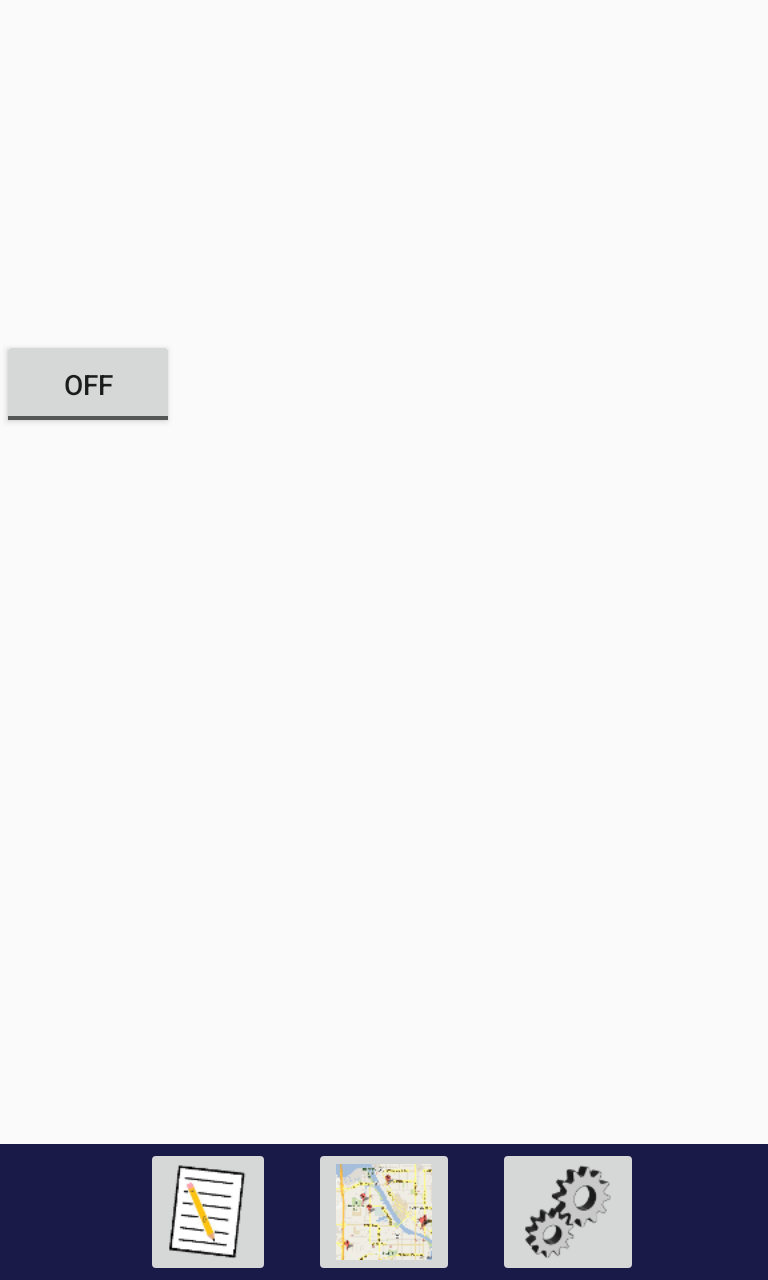
Repository: MobileApps-Cascadia/JenniferBronson_ExercisesChapter5
Layout: MyContactList/res/layout/activity_contact.xml
These files come from the project's save history. The layout is drawn as it stood at one moment and after the next save; the edit follows.
It is drawn on a 768 x 1280 px phone screen (xhdpi) without system bars, with theme AppTheme; the app's code is not run.

Above is the layout before, as saved 2014-04-26 20:11:43.

After the next save:
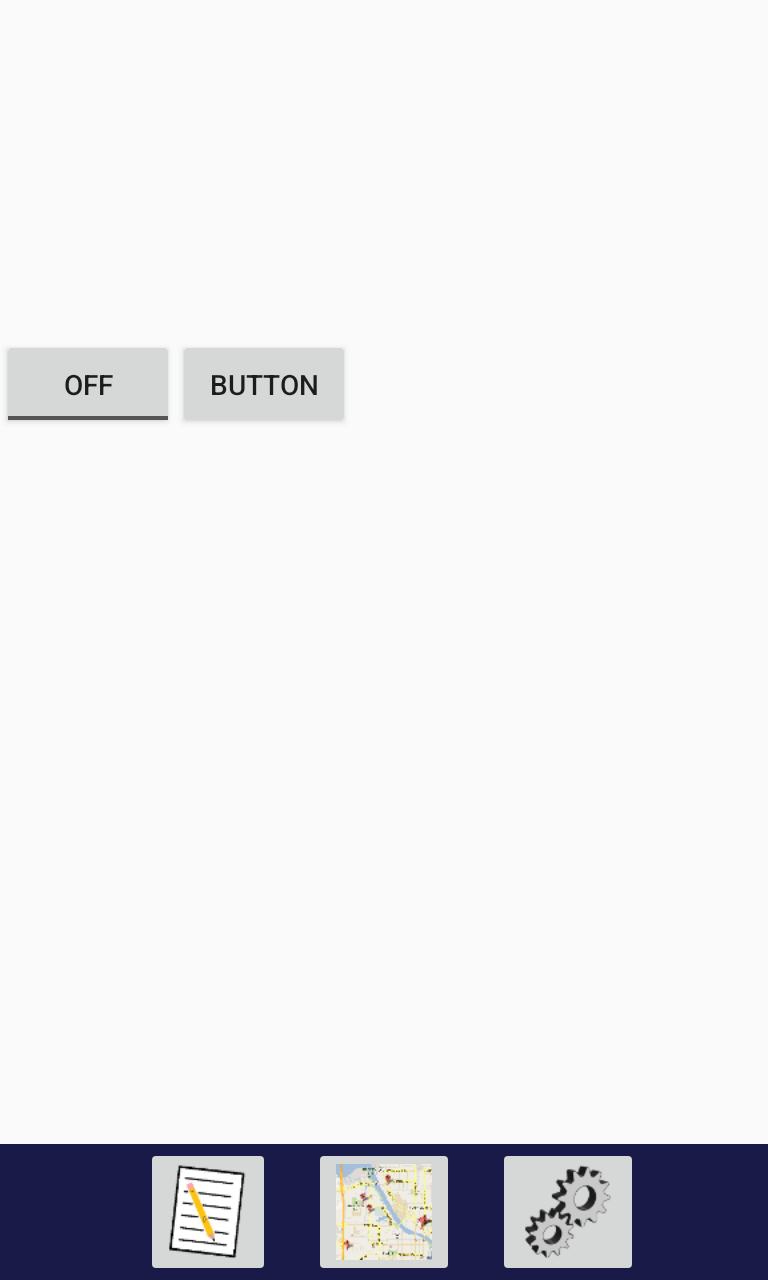
Saved 2 min 47 s later.
--- a/MyContactList/res/layout/activity_contact.xml
+++ b/MyContactList/res/layout/activity_contact.xml
@@ -54,6 +54,14 @@
             android:layout_height="wrap_content"
             android:text="ToggleButton" />
 
+        <Button
+            android:id="@+id/button1"
+            android:layout_width="wrap_content"
+            android:layout_height="wrap_content"
+            android:layout_alignParentTop="true"
+            android:layout_toRightOf="@+id/toggleButton1"
+            android:text="Button" />
+
     </RelativeLayout>
 
 </RelativeLayout>
